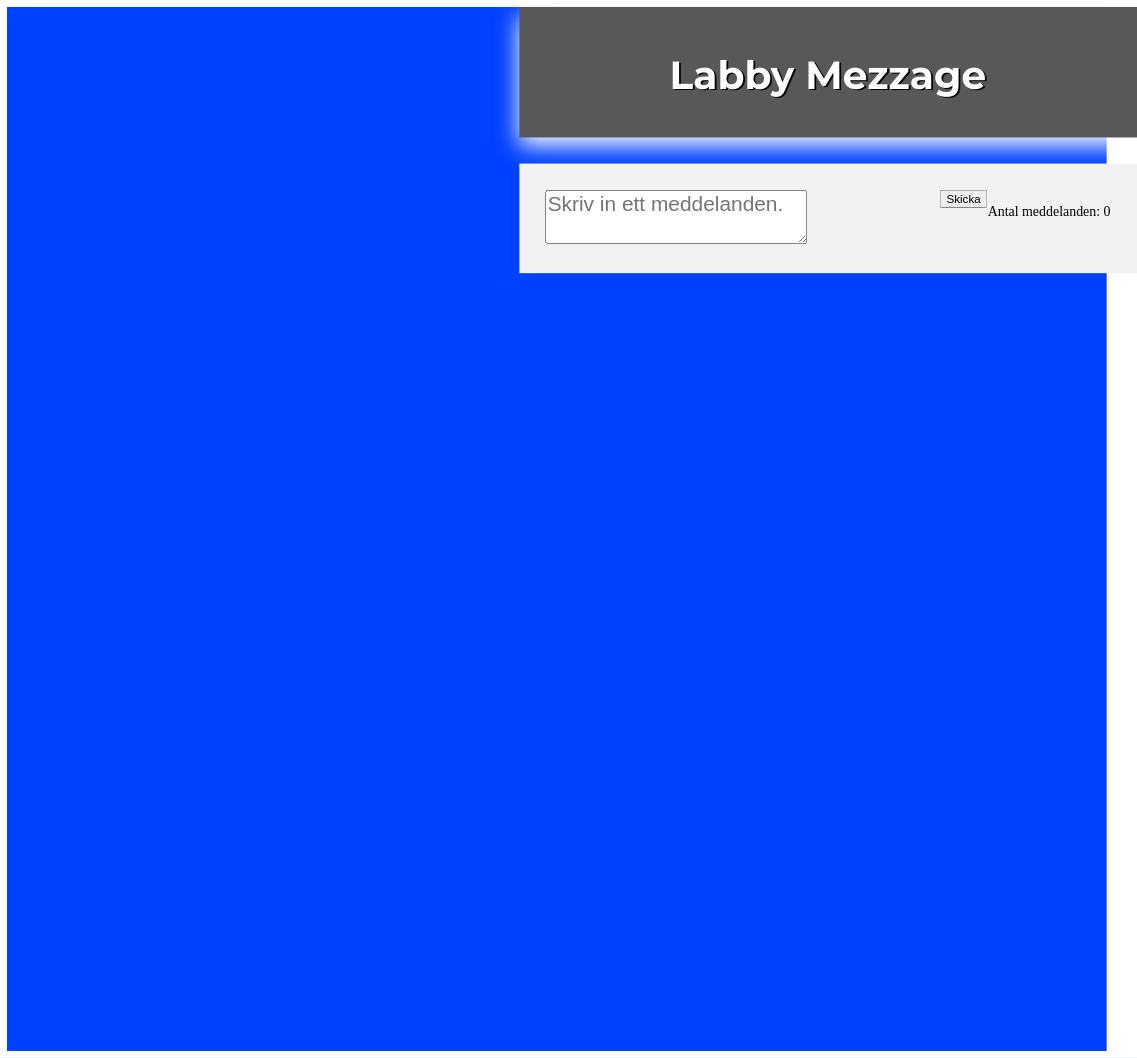
Repository: lw222gz/1dv403-laborationer-lw222gz
Page: 2-labbymezzage/index.html
The author's editor kept a record of every edit. The page is drawn from the files as they stood at one moment, then again after the next edit.
The browser window is 1280 px wide. The page is 1307 px wide, so the pictures cover 1307 px, including what lies to the right of the window. The pictures show the whole page, at 87% of full size.

Above is the page before.

### 2-labbymezzage/index.html
<!doctype html>
<html lang="sv">
    <head>
        <title>Labby Mezzage</title>
        <meta charset="utf-8" />
        <link rel="stylesheet" href="style.css" />
        <link href='//fonts.googleapis.com/css?family=Montserrat:700' rel='stylesheet' type='text/css'>
    </head>
<body>
<div id="container">
        <header>
            <b>Labby Mezzage</b>
        </header>

        <main>
            <div id="text"></div>
            <p id="AmountofMessages" class="floatRight">Antal meddelanden: 0</p>
            <textarea id="textInput" placeholder="Skriv in ett meddelanden."></textarea>
            <input class="floatRight" id="send" type="submit" value="Skicka" />

        </main>

</div>
    <script src="message.js"></script>
    <script src="LabbyMessage.js"></script>
</body>
</html>

### 2-labbymezzage/style.css
#container
    {
    min-height:1200px;
    height:auto;
    width:auto;
    background-color:#0040FF;
    margin:0 auto;
    }

header
    {
        box-shadow:0 10px 25px;
        -webkit-box-shadow:0 10px 25px;
        -moz-box-shadow:0 10px 25px;
        color:white;
        text-shadow:2px 2px black;
        -webkit-text-shadow:2px 2px black;
        -moz-text-shadow:2px 2px black;
        font-family: 'Montserrat', sans-serif;
        font-size:45px;
        padding-top:50px;
        height:100px;
        position:relative;
        left:588.5px;
        background-color:#585858;
        width:710px;
        text-align:center;
    }

main
    {
        padding:30px;
        position:relative;
        left:588.5px;
        margin-top:30px;
        background-color:#F2F2F2;
        height:auto;
        width:650px;
    }

textarea {
    font-size:24px;
    font-family:arial;
}

.MessageTime{
    margin-right:3px;
    position:absolute;
    bottom:0px;
    right:0px;
    font-size:12px;
    color:gray;
}


.floatRight{
    float:right;
}



.DeletePicture
{
    width:24px;
    height:24px;
    position:absolute;
    top:5px;
    right:0;
}

.ClockPicture
{
    width:24px;
    height:24px;
    position:absolute;
    top:5px;
    right:30px;
}



.text
{
    padding-right:70px;
    padding-left:5px;
    font-family:verdana;
    font-size:26px;
    border:1px solid black;
    background-color:#6EB0FF;
    width:auto;
    height:auto;
    min-height:50px;
    position:relative;
    word-break:break-all;
}

### 2-labbymezzage/message.js
"use strict";

function Message(message, date){

   this.getText = function() {
       return message;
   }
   this.setText = function(_text) {
       message = _text;
   }

   this.getDate = function() {
       return date;
   }

   this.setDate = function(_date) {
       date = _date;
   }

   Message.prototype.toString = function() {
       return this.getText()+" ("+this.getDate()+")";
   }

   Message.prototype.getHTMLText = function() {
       return this.getText().replace(/[\n\r]/g, "<br/>");
   }

   Message.prototype.getDateText = function() {

       var Hour = this.getDate().getHours();
       var Minutes = this.getDate().getMinutes();
       var Seconds = this.getDate().getSeconds();
       if (Minutes < 10)
       {
            Minutes = "0"+Minutes;
       }

       return +Hour+":"+Minutes+":"+Seconds;
   }


}

### 2-labbymezzage/LabbyMessage.js
"use strict";


window.onload = function(){

    var messages = [];



    var j = 0;
    var i = 0;
    var myObj = {};

    var submit = document.querySelector("#send");
    var text = document.getElementById("textInput");
    var div = document.getElementById("text");
    var Enter = document.getElementById("textInput")







    submit.addEventListener("click", function(e){
                                                                            // http://stackoverflow.com/questions/11921210/how-exactly-does-event-preventdefault-affect-the-dom vad e.preventdefault gör.
        if (text.value === "")
        {
            e.preventdefault()
        }
        else
        {
        myObj = new Message(text.value, new Date());
        messages.push(myObj);

        renderMessage(messages.length-1);
        RemoveText();
        }
        });

    Enter.addEventListener("keydown", function(e){ //funkar ej
        if(e.keyCode === 13 && !e.shiftKey && text.value !== "")

        {
            e.preventDefault()
            myObj = new Message(text.value, new Date())
            messages.push(myObj);

            renderMessage(messages.length-1)
            RemoveText();
        }

    }
    )


    var renderMessage = function(index){
        ++j;
        document.getElementById("AmountofMessages").innerHTML = "Antal meddelanden: "+j;

        var text = document.createElement("p");
        text.className = "text";

        var img = document.createElement("img");
        var clockimg = document.createElement("img");




        img.className = "DeletePicture";
        img.src = "DeleteRed.png";

        clockimg.className = "ClockPicture";
        clockimg.src = "Clock.png";

        img.addEventListener("click", function(e){
            if (confirm("Radera detta meddelande?"))
            {
                --j;
                Remove(index);
                text.parentNode.removeChild(text);
                document.getElementById("AmountofMessages").innerHTML = "Antal meddelanden: "+j;
            }
        }
        )

        clockimg.addEventListener("click", function(e) {
                var year = messages[index].getDate().getFullYear();
                var month = messages[index].getDate().getMonth();
                var day = messages[index].getDate().getDate();
                var Hour = messages[index].getDate().getHours();
                var Minutes = messages[index].getDate().getMinutes();
                var Seconds = messages[index].getDate().getSeconds();
                if (Minutes < 10)
                {
                    Minutes = "0"+Minutes;
                }
            alert("Inlägget skapades den "+day+"/"+month+" år "+year+ " klockan " +Hour+":"+Minutes+":"+Seconds)
        })

        var TimeShow = document.createElement("div");
        TimeShow.className ="MessageTime";
        TimeShow.innerHTML = messages[index].getDateText();

        text.innerHTML = messages[index].getHTMLText();
        div.appendChild(text);
        text.appendChild(img);
        text.appendChild(clockimg);
        text.appendChild(TimeShow);


    }


    var renderMessages = function() {
        //tar bort all text
        document.getElementById("#text").innerHTML = "";

        // sätter dit alla igen.
        for (i; i < messages.length; i += 1)
        {
            renderMessage(i);
        }

    }
    var Remove = function(id)
    {
        messages.splice(id, 1);
    }

    var RemoveText = function(){
        document.getElementById("textInput").value="";
    }
}

After the next edit:
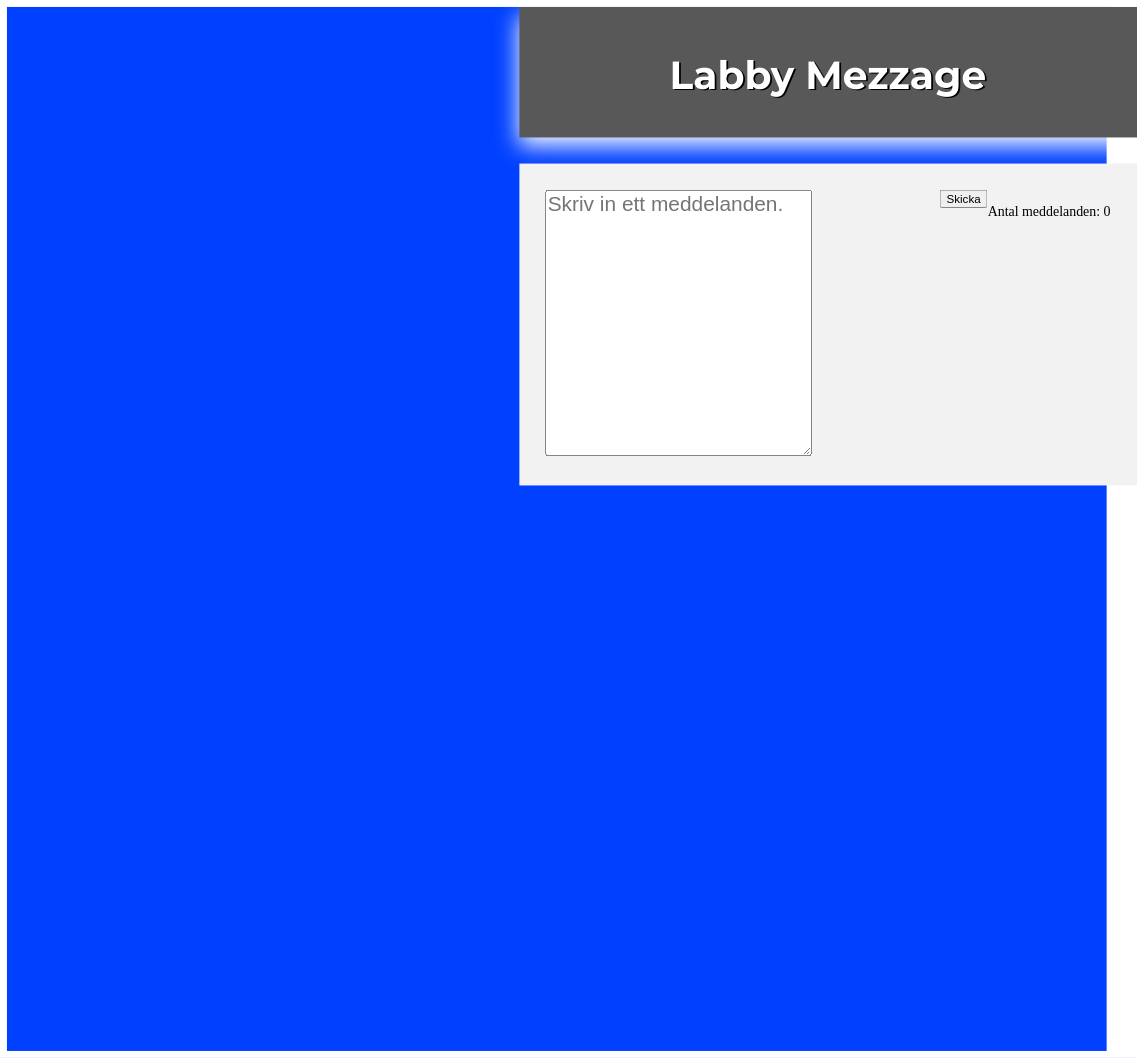
The edit:
--- a/2-labbymezzage/style.css
+++ b/2-labbymezzage/style.css
@@ -39,6 +39,9 @@
     }
 
 textarea {
+    width:300px;
+    height:300px;
+
     font-size:24px;
     font-family:arial;
 }
